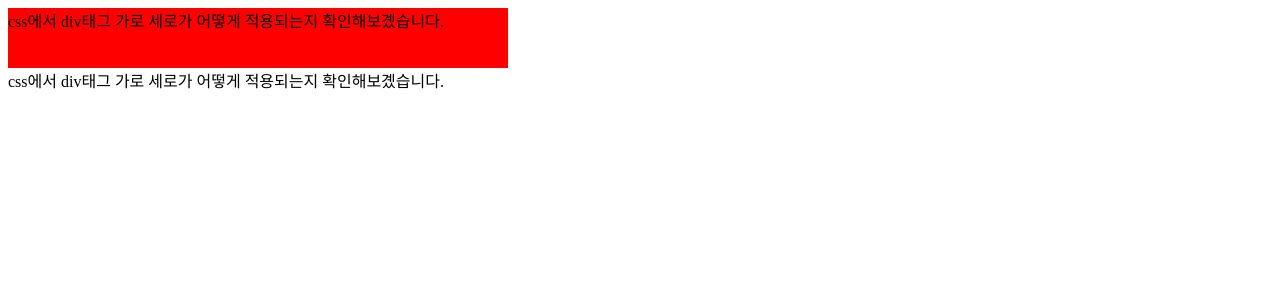
Repository: jeemaru/htme_01
Page: css_02/ex_01.html
An editor plug-in stored every save of this project. The page is shown before and after the next save, followed by the edit.
The browser window is 1280 px wide. The pictures show the whole page.

Above is the page before, as saved 2022-04-07 01:07:12.

### css_02/ex_01.html
<!DOCTYPE html>

<html lang="ko"> <!-- 한국어문서만 검색할때, 음성으로 할때 한국어 음성지원 -->
    <head>
        <meta charset="UTF-8"> <!-- 브라우저가 문서를 해석할때 필요한 정보 -->
        <title>스타일시트</title>
        <!-- 스타일시트자리 -->

        <style>

        	.box-red {background-color: #ff0000;
        			  width: 500px;
        			  height: 60px;}
        	.box-blue {}

        </style>

    </head>

    <body>

		<div class="box-red">
			css에서 div태그 가로 세로가 어떻게 적용되는지 확인해보곘습니다.
		</div>

		<div>
			css에서 div태그 가로 세로가 어떻게 적용되는지 확인해보곘습니다.
		</div>

    </body>

</html>

After the next save:
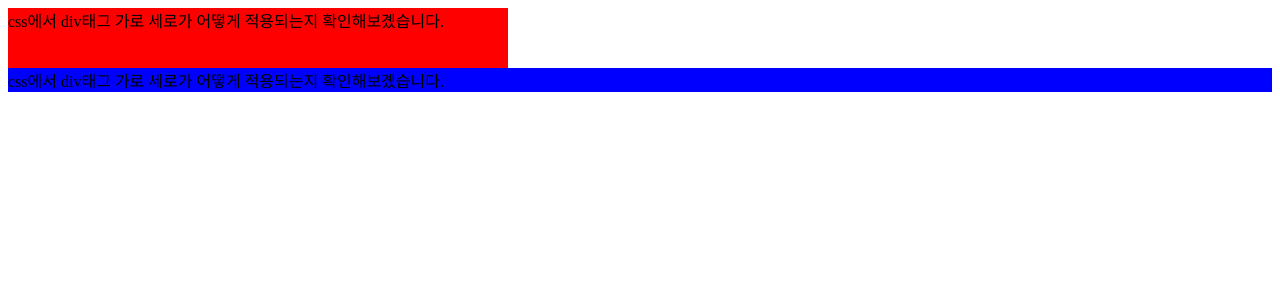
Saved 68 s later.
--- a/css_02/ex_01.html
+++ b/css_02/ex_01.html
@@ -11,7 +11,8 @@
         	.box-red {background-color: #ff0000;
         			  width: 500px;
         			  height: 60px;}
-        	.box-blue {}
+        	.box-blue {background-color: #0000ff;
+        			   }
 
         </style>
 
@@ -23,7 +24,7 @@
 			css에서 div태그 가로 세로가 어떻게 적용되는지 확인해보곘습니다.
 		</div>
 
-		<div>
+		<div class="box-blue">
 			css에서 div태그 가로 세로가 어떻게 적용되는지 확인해보곘습니다.
 		</div>
 
